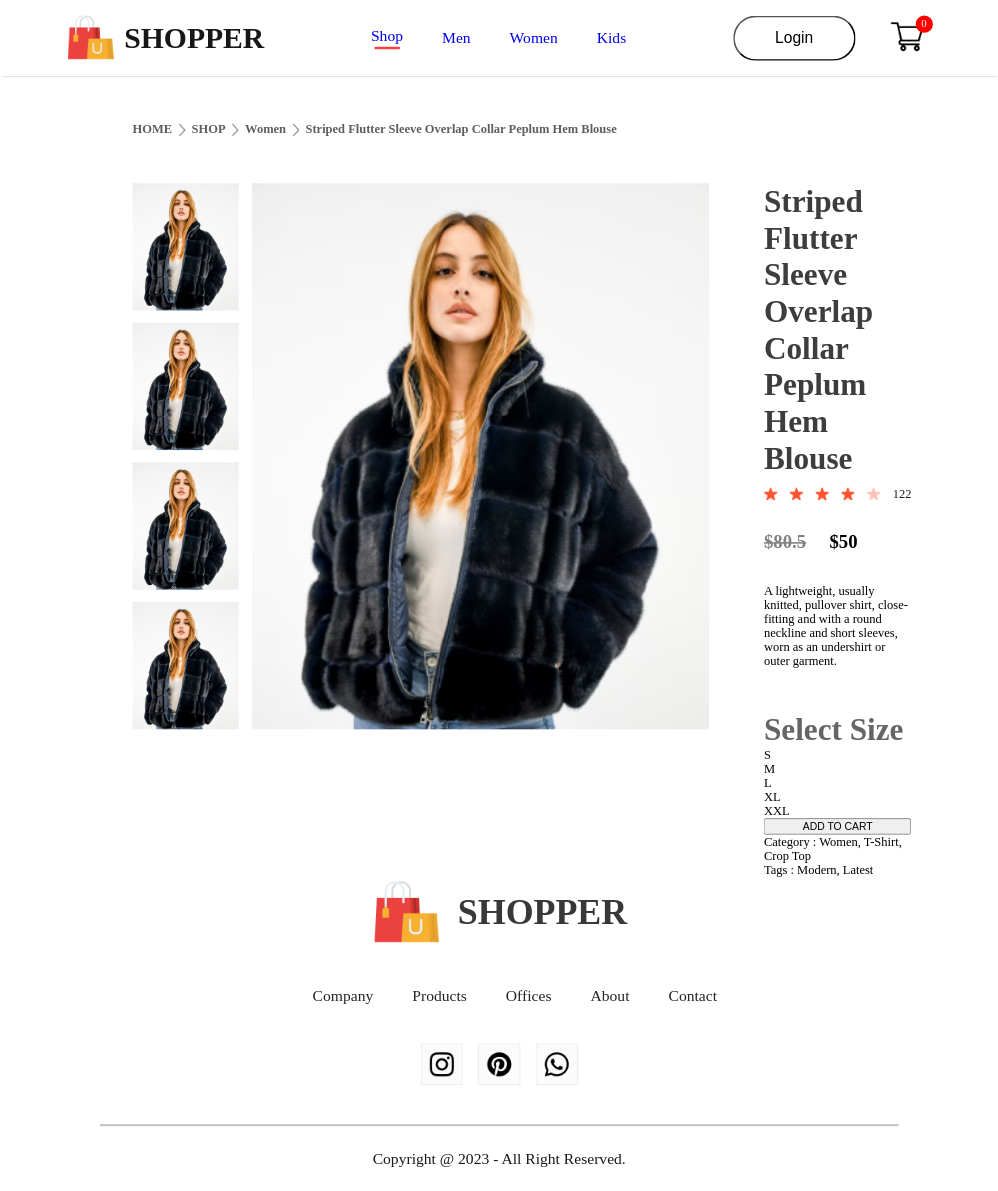
Repository: Nandhini653/SHOPPER-ECOM
Page: /product/1
An editor plug-in stored every save of this project. The page is shown before and after a run of saves, followed by the edit.
The browser window is 1280 px wide. The pictures show the whole page, at 78% of full size.
The project was rebuilt for these pictures with package versions that can differ from the ones it lists, and the page was loaded fresh each time. Also part of the build but not shown: src/App.css, src/Pages/CSS/ShopCategory.css, src/Components/Item/Item.css, src/Components/Item/Item.jsx, src/Pages/ShopCategory.jsx, src/Pages/Cart.jsx, src/Pages/CSS/LoginSignup.css, src/Pages/LoginSignup.jsx and 13 more.

Above is the page before, as saved 2024-06-24 17:23:10.

### src/index.css
* {
  margin: 0;
}

body {
  margin: 0;
  font-family: -apple-system, BlinkMacSystemFont, 'Segoe UI', 'Roboto', 'Oxygen',
    'Ubuntu', 'Cantarell', 'Fira Sans', 'Droid Sans', 'Helvetica Neue',
    sans-serif;
  -webkit-font-smoothing: antialiased;
  -moz-osx-font-smoothing: grayscale;
  font-family: 'poppins';
}

code {
  font-family: source-code-pro, Menlo, Monaco, Consolas, 'Courier New',
    monospace;
}

### src/App.js

import './App.css';
import Navbar from './Components/Navbar/Navbar';
import ShopCategory from './Pages/ShopCategory';
import Cart from './Pages/Cart';
import LoginSignup from './Pages/LoginSignup';
import Product from './Pages/Product';
import Shop from './Pages/Shop';
import Footer from './Components/Footer/Footer';
import men_banner from './Components/Assests/banner_mens.png'
import women_banner from './Components/Assests/banner_women.png'
import kid_banner from './Components/Assests/banner_kids.png'

import { BrowserRouter,Routes,Route } from 'react-router-dom';

function App() {
  return (
    <div>
      <BrowserRouter>
      <Navbar/>
      <Routes>
        <Route path = '/' element={<Shop/>}/>
        <Route path = '/mens' element={<ShopCategory  banner={men_banner}category="men"/>}/>
        <Route path = '/womens' element={<ShopCategory banner={women_banner} category="women"/>}/>
        <Route path = '/kids' element={<ShopCategory  banner= {kid_banner} category="kids"/>}/>
        <Route path= '/product' element={<Product/>}/>
        <Route path='/product/:productId' element={<Product />} />
        <Route path='/cart' element={<Cart/>}/>
        <Route path='/login' element={<LoginSignup/>}/>
      </Routes>
      <Footer/>
      </BrowserRouter>

    </div>
  );
}

export default App;

### src/Context/ShopContext.jsx
 import React , { createContext, useContext } from "react";
 import all_product from '../Components/Assests/all_product';

export const ShopContext = createContext(null);

const ShopContextProvider = (props) => {

    const contextValue = {all_product};

    return (
        <ShopContext.Provider value ={contextValue}>
            {props.children}
        </ShopContext.Provider>
    )
}
export default ShopContextProvider;

### src/Components/Navbar/Navbar.jsx
import React, { useState } from 'react'
import './Navbar.css'
import logo from '../Assests/logo.png'
import cart_icon from '../Assests/cart_icon.png'
import { Link } from 'react-router-dom'


const Navbar = () => {

    const [menu, setMenu] = useState("shop")
  return (
    <div className='navbar'>
        <div className="nav-logo">
            <img src={logo} alt="logo" />
            <p>SHOPPER</p>
        </div>
      <div className="nav-menu">
        <li onClick={()=> {setMenu("shop")}}> <Link  style ={{textDecoration: 'none '}} to='/'>Shop</Link> {menu === "shop"? <hr/> :<></>}</li>
        <li onClick={()=> {setMenu("mens")}}><Link style ={{textDecoration: 'none '}} to='/mens'>Men</Link>  {menu === "mens"? <hr/> :<></>}</li>
        <li onClick={()=> {setMenu("womens")}}><Link style ={{textDecoration: 'none '}} to='/womens'>Women </Link> {menu === "womens"? <hr/> :<></>}</li>
        <li onClick={()=> {setMenu("kids")}}><Link style ={{textDecoration: 'none '}} to='/kids'>Kids</Link>  {menu === "kids"? <hr/> :<></>}</li>
      </div>
      <div className="nav-login-cart">
        <Link to='/login'><button>Login</button></Link>
        <Link to='/cart'><img src= {cart_icon} alt='cart-icon'/></Link>
        <div className="nav-cart-count">0</div>
      </div>
    </div>
  )
}

export default Navbar

### src/Pages/Product.jsx
import React, { useContext } from 'react'
import { useParams } from 'react-router-dom';
import {ShopContext} from '../Context/ShopContext'
import Breadcrums from '../Components/Breadcrums/Breadcrums';
import ProductDisplay from '../Components/ProductDisplay/ProductDisplay';

const Product = () => {
  const {all_product} = useContext(ShopContext);
  const {productId} = useParams();
  const product =all_product.find((e)=> e.id === Number(productId));
  return (
    <div>
      <Breadcrums product={product}/>
      <ProductDisplay product={product}/>
    </div>
  )
}

export default Product

### src/Components/Footer/Footer.jsx
import React from 'react'
import './Footer.css'
import footer_logo from '../Assests/logo_big.png'
import instagram_icon from '../Assests/instagram_icon.png'
import pintester_icon from '../Assests/pintester_icon.png'
import whatsapp_icon from '../Assests/whatsapp_icon.png'

const Footer = () => {
    return (
        <div className='footer'>
            <div className="footer-logo">
                <img src={footer_logo} alt='' />
                <p>SHOPPER</p>
            </div>
            <ul className='footer-links'>
                <li>Company</li>
                <li>Products</li>
                <li>Offices</li>
                <li>About</li>
                <li>Contact</li>
            </ul>
            <div className="footer-social-icon">
                <div className="footer-icons-container">
                    <img src={instagram_icon} alt="" />
                </div>
                <div className="footer-icons-container">
                    <img src={pintester_icon} alt="" />
                </div>
                <div className="footer-icons-container">
                    <img src={whatsapp_icon} alt="" />
                </div>
            </div>
             <div className="footer-copyright">
                <hr/>
                <p> Copyright @ 2023 - All Right Reserved.</p>
             </div>
        </div>
    )
}

export default Footer

### src/Components/Assests/all_product.js
import p1_img from "./product_1.png";
import p2_img from "./product_2.png";
import p3_img from "./product_3.png";
import p4_img from "./product_4.png";
import p5_img from "./product_5.png";
import p6_img from "./product_6.png";
import p7_img from "./product_7.png";
import p8_img from "./product_8.png";
import p9_img from "./product_9.png";
import p10_img from "./product_10.png";
import p11_img from "./product_11.png";
import p12_img from "./product_12.png";
import p13_img from "./product_13.png";
import p14_img from "./product_14.png";
import p15_img from "./product_15.png";
import p16_img from "./product_16.png";
import p17_img from "./product_17.png";
import p18_img from "./product_18.png";
import p19_img from "./product_19.png";
import p20_img from "./product_20.png";
import p21_img from "./product_21.png";
import p22_img from "./product_22.png";
import p23_img from "./product_23.png";
import p24_img from "./product_24.png";
import p25_img from "./product_25.png";
import p26_img from "./product_26.png";
import p27_img from "./product_27.png";
import p28_img from "./product_28.png";
import p29_img from "./product_29.png";
import p30_img from "./product_30.png";
import p31_img from "./product_31.png";
import p32_img from "./product_32.png";
import p33_img from "./product_33.png";
import p34_img from "./product_34.png";
import p35_img from "./product_35.png";
import p36_img from "./product_36.png";

let all_product = [
  {
    id: 1,
    name: "Striped Flutter Sleeve Overlap Collar Peplum Hem Blouse",
    category: "women",
    image: p1_img,
    new_price: 50.0,
    old_price: 80.5,
  },
  {
    id: 2,
    name: "Striped Flutter Sleeve Overlap Collar Peplum Hem Blouse",
    category: "women",
    image: p2_img,
    new_price: 85.0,
    old_price: 120.5,
  },
  {
    id: 3,
    name: "Striped Flutter Sleeve Overlap Collar Peplum Hem Blouse",
    category: "women",
    image: p3_img,
    new_price: 60.0,
    old_price: 100.5,
  },
  {
    id: 4,
    name: "Striped Flutter Sleeve Overlap Collar Peplum Hem Blouse",
    category: "women",
    image: p4_img,
    new_price: 100.0,
    old_price: 150.0,
  },
  {
    id: 5,
    name: "Striped Flutter Sleeve Overlap Collar Peplum Hem Blouse",
    category: "women",
    image: p5_img,
    new_price: 85.0,
    old_price: 120.5,
  },
  {
    id: 6,
    name: "Striped Flutter Sleeve Overlap Collar Peplum Hem Blouse",
    category: "women",
    image: p6_img,
    new_price: 85.0,
    old_price: 120.5,
  },
  {
    id: 7,
    name: "Striped Flutter Sleeve Overlap Collar Peplum Hem Blouse",
    category: "women",
    image: p7_img,
    new_price: 85.0,
    old_price: 120.5,
  },
  {
    id: 8,
    name: "Striped Flutter Sleeve Overlap Collar Peplum Hem Blouse",
    category: "women",
    image: p8_img,
    new_price: 85.0,
    old_price: 120.5,
  },
  {
    id: 9,
    name: "Striped Flutter Sleeve Overlap Collar Peplum Hem Blouse",
    category: "women",
    image: p9_img,
    new_price: 85.0,
    old_price: 120.5,
  },
  {
    id: 10,
    name: "Striped Flutter Sleeve Overlap Collar Peplum Hem Blouse",
    category: "women",
    image: p10_img,
    new_price: 85.0,
    old_price: 120.5,
  },
  {
    id: 11,
    name: "Striped Flutter Sleeve Overlap Collar Peplum Hem Blouse",
    category: "women",
    image: p11_img,
    new_price: 85.0,
    old_price: 120.5,
  },
  {
    id: 12,
    name: "Striped Flutter Sleeve Overlap Collar Peplum Hem Blouse",
    category: "women",
    image: p12_img,
    new_price: 85.0,
    old_price: 120.5,
  },
  {
    id: 13,
    name: "Men Green Solid Zippered Full-Zip Slim Fit Bomber Jacket",
    category: "men",
    image: p13_img,
    new_price: 85.0,
    old_price: 120.5,
  },
  {
    id: 14,
    name: "Men Green Solid Zippered Full-Zip Slim Fit Bomber Jacket",
    category: "men",
    image: p14_img,
    new_price: 85.0,
    old_price: 120.5,
  },
  {
    id: 15,
    name: "Men Green Solid Zippered Full-Zip Slim Fit Bomber Jacket",
    category: "men",
    image: p15_img,
    new_price: 85.0,
    old_price: 120.5,
  },
  {
    id: 16,
    name: "Men Green Solid Zippered Full-Zip Slim Fit Bomber Jacket",
    category: "men",
    image: p16_img,
    new_price: 85.0,
    old_price: 120.5,
  },
  {
    id: 17,
    name: "Men Green Solid Zippered Full-Zip Slim Fit Bomber Jacket",
    category: "men",
    image: p17_img,
    new_price: 85.0,
    old_price: 120.5,
  },
  {
    id: 18,
    name: "Men Green Solid Zippered Full-Zip Slim Fit Bomber Jacket",
    category: "men",
    image: p18_img,
    new_price: 85.0,
    old_price: 120.5,
  },
  {
    id: 19,
    name: "Men Green Solid Zippered Full-Zip Slim Fit Bomber Jacket",
    category: "men",
    image: p19_img,
    new_price: 85.0,
    old_price: 120.5,
  },
  {
    id: 20,
    name: "Men Green Solid Zippered Full-Zip Slim Fit Bomber Jacket",
    category: "men",
    image: p20_img,
    new_price: 85.0,
    old_price: 120.5,
  },
  {
    id: 21,
    name: "Men Green Solid Zippered Full-Zip Slim Fit Bomber Jacket",
    category: "men",
    image: p21_img,
    new_price: 85.0,
    old_price: 120.5,
  },
  {
    id: 22,
    name: "Men Green Solid Zippered Full-Zip Slim Fit Bomber Jacket",
    category: "men",
    image: p22_img,
    new_price: 85.0,
    old_price: 120.5,
  },
  {
    id: 23,
    name: "Men Green Solid Zippered Full-Zip Slim Fit Bomber Jacket",
    category: "men",
    image: p23_img,
    new_price: 85.0,
    old_price: 120.5,
  },
  {
    id: 24,
    name: "Men Green Solid Zippered Full-Zip Slim Fit Bomber Jacket",
    category: "men",
    image: p24_img,
    new_price: 85.0,
    old_price: 120.5,
  },
  {
    id: 25,
    name: "Boys Orange Colourblocked Hooded Sweatshirt",
    category: "kid",
    image: p25_img,
    new_price: 85.0,
    old_price: 120.5,
  },
  {
    id: 26,
    name: "Boys Orange Colourblocked Hooded Sweatshirt",
    category: "kid",
    image: p26_img,
    new_price: 85.0,
    old_price: 120.5,
  },
  {
    id: 27,
    name: "Boys Orange Colourblocked Hooded Sweatshirt",
    category: "kid",
    image: p27_img,
    new_price: 85.0,
    old_price: 120.5,
  },
  {
    id: 28,
    name: "Boys Orange Colourblocked Hooded Sweatshirt",
    category: "kid",
    image: p28_img,
    new_price: 85.0,
    old_price: 120.5,
  },
  {
    id: 29,
    name: "Boys Orange Colourblocked Hooded Sweatshirt",
    category: "kid",
    image: p29_img,
    new_price: 85.0,
    old_price: 120.5,
  },
  {
    id: 30,
    name: "Boys Orange Colourblocked Hooded Sweatshirt",
    category: "kid",
    image: p30_img,
    new_price: 85.0,
    old_price: 120.5,
  },
  {
    id: 31,
    name: "Boys Orange Colourblocked Hooded Sweatshirt",
    category: "kid",
    image: p31_img,
    new_price: 85.0,
    old_price: 120.5,
  },
  {
    id: 32,
    name: "Boys Orange Colourblocked Hooded Sweatshirt",
    category: "kid",
    image: p32_img,
    new_price: 85.0,
    old_price: 120.5,
  },
  {
    id: 33,
    name: "Boys Orange Colourblocked Hooded Sweatshirt",
    category: "kid",
    image: p33_img,
    new_price: 85.0,
    old_price: 120.5,
  },
  {
    id: 34,
    name: "Boys Orange Colourblocked Hooded Sweatshirt",
    category: "kid",
    image: p34_img,
    new_price: 85.0,
    old_price: 120.5,
  },
  {
    id: 35,
    name: "Boys Orange Colourblocked Hooded Sweatshirt",
    category: "kid",
    image: p35_img,
    new_price: 85.0,
    old_price: 120.5,
  },
  {
    id: 36,
    name: "Boys Orange Colourblocked Hooded Sweatshirt",
    category: "kid",
    image: p36_img,
    new_price: 85.0,
    old_price: 120.5,
  },
];

export default all_product;

### src/Components/Navbar/Navbar.css
  .navbar {
    display: flex;
    justify-content: space-around;
    padding: 16px;
    box-shadow: 0 1px 3px -2px black;
  }

  .nav-logo {
    display: flex;
    align-items: center;
    gap: 10px;
  }

  .nav-logo p{
    color: #171717;
    font-size: 38px;
    font-weight: 600;
  }
  .nav-menu {
    display: flex;
    align-items: center;
    list-style: none;
    gap: 50px;
    color: #626262;
    font-size: 20px;
    font-weight: 500;
  }

  .nav-menu li {
    display: flex;
    flex-direction: column;
    align-items: center;
    justify-content: center;
    gap: 3px;
    cursor: pointer;
  }

  .nav-menu hr {
    border: none;
    width: 80%;
    height: 3px;
    border-radius: 10px;
    background: #FF4141;
  }

.nav-login-cart {
    display: flex;
    align-items: center;
    gap: 45px;
}

.nav-login-cart button {
    width: 157px;
    height: 58px;
    outline: none;
    border: 1 px solid #7a7a7a;
    border-radius: 75px;
    font-size: 20px;
    font-weight: 500;
    background: white;
    cursor: pointer;
}

.nav-login-cart button:active {
    background: #f3f3f3;
}

.nav-cart-count {
    width: 22px;
    height: 22px;
    display: flex;
    justify-content: center;
    align-items: center;
    margin-top: -35px;
    margin-left: -55px;
    border-radius: 11px;
    font-size: 14px;
    background: red;
    color: white;

}

### src/Components/Breadcrums/Breadcrums.jsx
import React from 'react'
import './Breadcrums.css'
import arrow_icon from '../Assests/breadcrum_arrow.png'

const Breadcrums = (props) => {
    const {product} = props;
  return (
    <div className='breadcrum'>
      HOME <img src={arrow_icon} alt=''/> SHOP <img src={arrow_icon} alt=''/> {product.category} <img src={arrow_icon} alt=''/>
      {product.name}


    </div>
  )
}

export default Breadcrums

### src/Components/ProductDisplay/ProductDisplay.jsx
import React from 'react'
import './ProductDisplay.css'
import star_icon from '../Assests/star_icon.png'
import star_dull_icon from '../Assests/star_dull_icon.png'


const ProductDisplay = (props) => {
  const { product } = props;
  return (
    <div className='productdisplay'>
      <div className="productdisplay-left">
        <div className="productdisplay-img-list">
          <img src={product.image} alt="" />
          <img src={product.image} alt="" />
          <img src={product.image} alt="" />
          <img src={product.image} alt="" />
        </div>

        <div className="productdisplay-img">
          <img className='productdisplay-main-img' src={product.image} alt='' />
        </div>

      </div>

      <div className="productdisplay-right">
        <h1> {product.name}</h1>
        <div className="productdisplay-right-stars">
          <img src={star_icon} alt="" />
          <img src={star_icon} alt="" />
          <img src={star_icon} alt="" />
          <img src={star_icon} alt="" />
          <img src={star_dull_icon} alt="" />
          <p> {122}</p>
        </div>

        <div className="productdisplay-right-prices">
          <div className="productdisplay-right-price-old">
            ${product.old_price} </div>
          <div className="producrdisplay-right-price-new">
            ${product.new_price}</div>
        </div>
        <div className="productdisplay-right-description">
         <p> A lightweight, usually knitted, pullover shirt, close-fitting and with a round neckline and short sleeves, worn as an undershirt or outer garment.</p>
        </div>
        <div className="productdisplay-right-size">
          <h1> Select Size</h1>
          <div className="productdisplay-right-size">
             <div>S</div>
             <div>M</div>
             <div>L</div>
             <div>XL</div>
             <div>XXL</div>
          </div>
        </div>
        <button>ADD TO CART </button>
        <p className='productdisplay-right-category'><span> Category :</span> Women, T-Shirt, Crop Top  </p>
        <p className='productdisplay-right-category'><span> Tags :</span> Modern, Latest </p>

      </div>
    </div>
  )
}

export default ProductDisplay

### src/Components/Footer/Footer.css
.footer {
    display: flex;
    flex-direction: column;
    justify-content: center;
    align-items: center;
    gap: 50px;
}

.footer-logo {
    display: flex;
    align-items: center;
    gap: 20px;
}

.footer-logo p {
    color: #383838;
    font-size: 46px;
    font-weight: 700;
}

.footer-links {
    display: flex;
    list-style: none;
    gap: 50px;
    color: #252525;
    font-size: 20px;
}

.footer-links li {
    cursor: pointer;
}

.footer-social-icon {
    display: flex;
    gap: 20px;
}

.footer-icons-container {
    padding: 10px;
    padding-bottom: 6px;
    background: #fbfbfb;
    border: 1px solid #ebebeb;
}

.footer-copyright {
    display: flex;
    flex-direction: column;
    align-items: center;
    gap: 30px;
    width: 100%;
    margin-bottom: 30px;
    color:#1a1a1a;
    font-size: 20px;
}

.footer-copyright hr {
     width: 80%;
     border: none;
     border-radius: 10px;
     height: 3px;
     background:#c7c7c7 ;
}

### src/Components/ProductDisplay/ProductDisplay.css
.productdisplay {
    display:flex ;
    margin: 0px 170px;
}

.productdisplay-left {
    display: flex;
    gap: 17px;
}

.productdisplay-img-list {
    display: flex;
    flex-direction: column;
    gap: 16px;
}

.productdisplay-img-list img {
    height: 163px;
}

.productdisplay-main-img {
    width: 586px;
    height: 700px;
}

.productdisplay-right {
    margin: 0px 70px;
    display: flex;
    flex-direction: column;
}

.productdisplay-right h1 {
    color: #3d3d3d;
    font-size: 40px;
    font-weight: 700;
}

.productdisplay-right-stars {
    display: flex;
    align-items: center;
    margin-top: 13px;
    gap: 15px;
    color: #1c1c1c;
    font-size: 16px;
}

.productdisplay-right-prices {
    display: flex;
    margin: 40px 0px;
    gap: 30px;
    font-size: 24px;
    font-weight: 700;
}

.productdisplay-right-price-old {
    color: #818181;
    text-decoration: line-through;
}

.productdisplay-right-price-new {
    color: #ff4141;
}

.productdisplay-right-size h1 {
    margin-top: 55px;
    color: #656565;
}

Loaded but not shown: src/index.js (common file); src/reportWebVitals.js (common file); src/Components/Breadcrums/Breadcrums.css (common file)

After the next 5 saves:
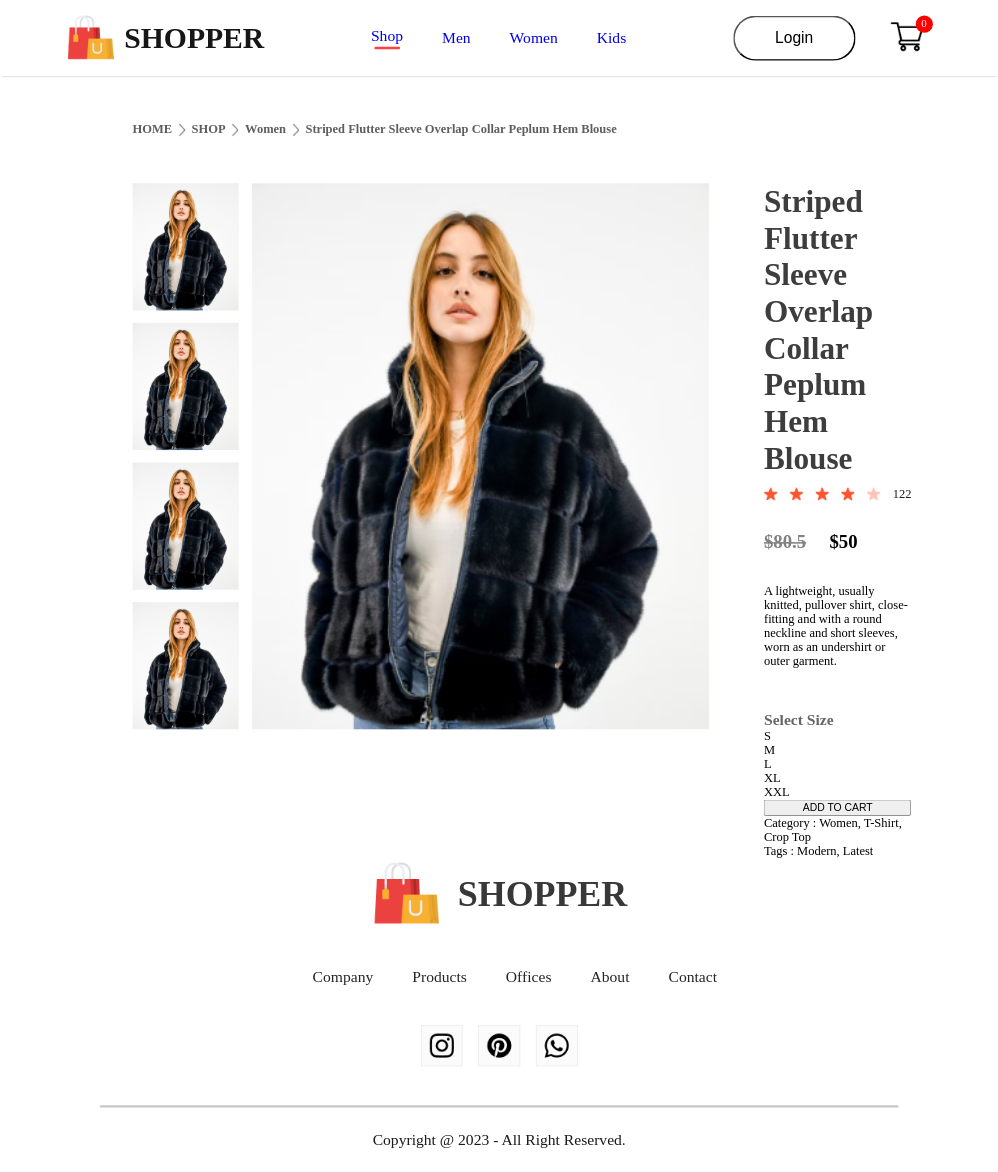
The 5 saves are shown as one change because they came seconds apart.
The last was saved 13 s later.
--- a/src/Components/ProductDisplay/ProductDisplay.css
+++ b/src/Components/ProductDisplay/ProductDisplay.css
@@ -64,4 +64,6 @@
 .productdisplay-right-size h1 {
     margin-top: 55px;
     color: #656565;
+    font-size: 20px;
+    font-weight: 600;
 }
